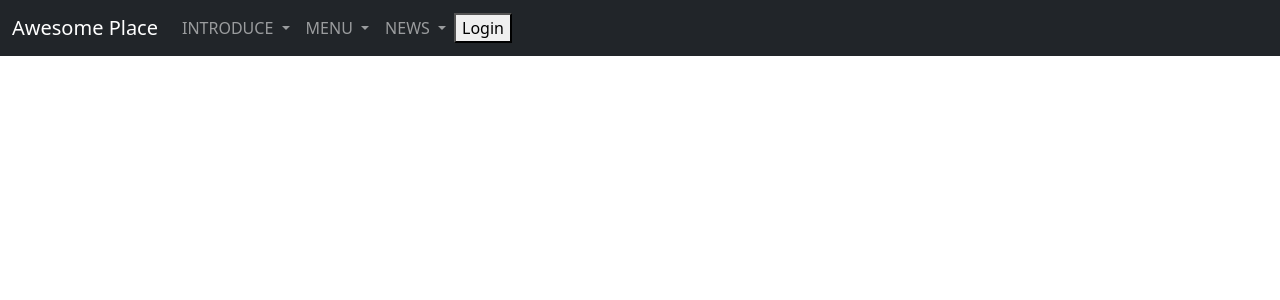
Repository: sikim0629/AwesomePlace
Page: http://localhost/awesomePlace/main.jsp
The author's editor kept a copy of each file at every save. The page is drawn from the files as they stood at one save, then again after the next save.
The browser window is 1280 px wide. The pictures show the whole page.
The page is served by Tomcat 9. Nobody is signed in. The application's start-up code is not run. Other server files are loaded and not shown.

Above is the page before, as saved 2021-11-12 09:57:58.

### awesomePlace/WebContent/main.jsp
<%@ page language="java" contentType="text/html; charset=UTF-8"
    pageEncoding="UTF-8"%>
<!DOCTYPE html>
<html>
<head>
<meta charset="UTF-8">
<title>Insert title here</title>
</head>
<body>
<%@ include file = "/header.jsp" %>



<%@ include file = "/footer.jsp" %>

</body>
</html>

### awesomePlace/WebContent/header.jsp
<%@ page language="java" contentType="text/html; charset=UTF-8"
    pageEncoding="UTF-8"%>
<!doctype html>
<html lang="en">
  <head>
    <!-- Required meta tags -->
    <meta charset="utf-8">
    <meta name="viewport" content="width=device-width, initial-scale=1">

    <!-- Bootstrap CSS -->
    <link href="https://cdn.jsdelivr.net/npm/bootstrap@5.1.3/dist/css/bootstrap.min.css" rel="stylesheet" integrity="sha384-1BmE4kWBq78iYhFldvKuhfTAU6auU8tT94WrHftjDbrCEXSU1oBoqyl2QvZ6jIW3" crossorigin="anonymous">

    <title>어썸플레이스</title>
  </head>
  <body>
	<nav class="navbar navbar-expand-lg navbar-dark bg-dark">
  		<div class="container-fluid">
    		<a class="navbar-brand" href="/index.html">Awesome Place</a>
    		<button class="navbar-toggler" type="button" data-bs-toggle="collapse" data-bs-target="#navbarNavDropdown" aria-controls="navbarNavDropdown" aria-expanded="false" aria-label="Toggle navigation">
      			<span class="navbar-toggler-icon"></span>
    		</button>
	    <div class="collapse navbar-collapse" id="navbarNavDropdown">
	      <ul class="navbar-nav">
	        <li class="nav-item dropdown">
	          <a class="nav-link dropdown-toggle" href="#" id="navbarDropdownMenuLink" role="button" data-bs-toggle="dropdown" aria-expanded="false">
	            INTRODUCE
	          </a>
	          <ul class="dropdown-menu" aria-labelledby="navbarDropdownMenuLink">
	            <li><a class="dropdown-item" href="#">카페소개</a></li>
	            <li><a class="dropdown-item" href="#">매장찾기</a></li>
	          </ul>
	        </li>
	        <li class="nav-item dropdown">
	          <a class="nav-link dropdown-toggle" href="#" id="navbarDropdownMenuLink" role="button" data-bs-toggle="dropdown" aria-expanded="false">
	            MENU
	          </a>
	          <ul class="dropdown-menu" aria-labelledby="navbarDropdownMenuLink">
	            <li><a class="dropdown-item" href="#">COFFEE</a></li>
	            <li><a class="dropdown-item" href="#">TEA</a></li>
	            <li><a class="dropdown-item" href="#">JUICE</a></li>
	          </ul>
	        </li>
	        <li class="nav-item dropdown">
	          <a class="nav-link dropdown-toggle" href="#" id="navbarDropdownMenuLink" role="button" data-bs-toggle="dropdown" aria-expanded="false">
	            NEWS
	          </a>
	          <ul class="dropdown-menu" aria-labelledby="navbarDropdownMenuLink">
	            <li><a class="dropdown-item" href="#">공지사항</a></li>
	            <li><a class="dropdown-item" href="#">이달의 이벤트</a></li>
	            <li><a class="dropdown-item" href="#">이달의 메뉴</a></li>
	          </ul>
	        </li>
	      </ul>
		    	<form class="form-inline my-2 my-lg-0">
			      <button class="button" type="submit">Login</button>
			    </form>
	    </div>
	  </div>
</nav>

    <script src="https://cdn.jsdelivr.net/npm/bootstrap@5.1.3/dist/js/bootstrap.bundle.min.js" integrity="sha384-ka7Sk0Gln4gmtz2MlQnikT1wXgYsOg+OMhuP+IlRH9sENBO0LRn5q+8nbTov4+1p" crossorigin="anonymous"></script>

  </body>
</html>

Loaded but not shown: awesomePlace/WebContent/footer.jsp (common file)

After the next save:
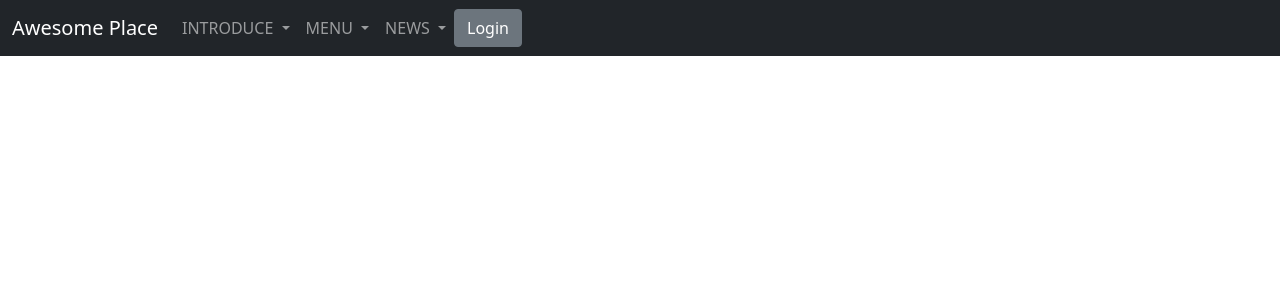
Saved 38 s later.
--- a/awesomePlace/WebContent/header.jsp
+++ b/awesomePlace/WebContent/header.jsp
@@ -52,7 +52,7 @@
 	        </li>
 	      </ul>
 		    	<form class="form-inline my-2 my-lg-0">
-			      <button class="button" type="submit">Login</button>
+			      <button type="button" class="btn btn-secondary">Login</button>
 			    </form>
 	    </div>
 	  </div>
